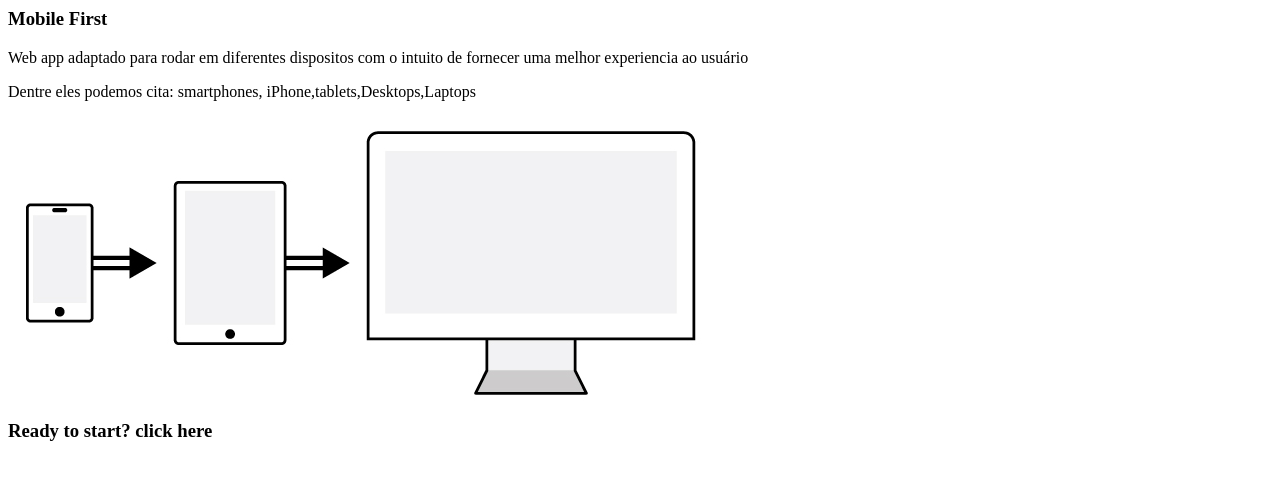
Repository: gmmoraes/x-formationFinder
Page: client/partials/home/menu3.html
The author's editor kept a record of every edit. The page is drawn from the files as they stood at one moment, then again after the next edit.
The browser window is 1280 px wide. The pictures show the whole page.

Above is the page before.

After the next edit:
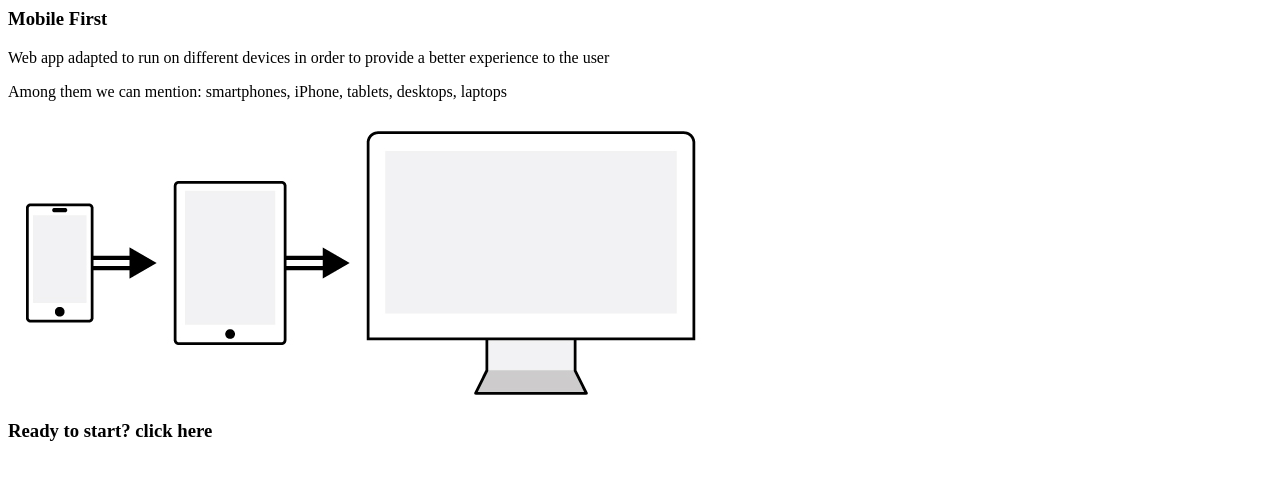
The edit:
--- a/client/partials/home/menu3.html
+++ b/client/partials/home/menu3.html
@@ -1,8 +1,8 @@
 <div class="row" id="userRow">
   <div class="col-sm-5" id="formInfo">
     <h3>Mobile First</h3>
-    <p> Web app adaptado para rodar em diferentes dispositos com o intuito de fornecer uma melhor experiencia ao usuário</p>
-    <p> Dentre eles podemos cita: smartphones, iPhone,tablets,Desktops,Laptops</p>
+    <p> Web app adapted to run on different devices in order to provide a better experience to the user</p>
+    <p> Among them we can mention: smartphones, iPhone, tablets, desktops, laptops</p>
   </div>
   <div class="col-sm-5">
       <img src="../../imgs/mobileFirst.png" id="mobileFirstImg"></img>
